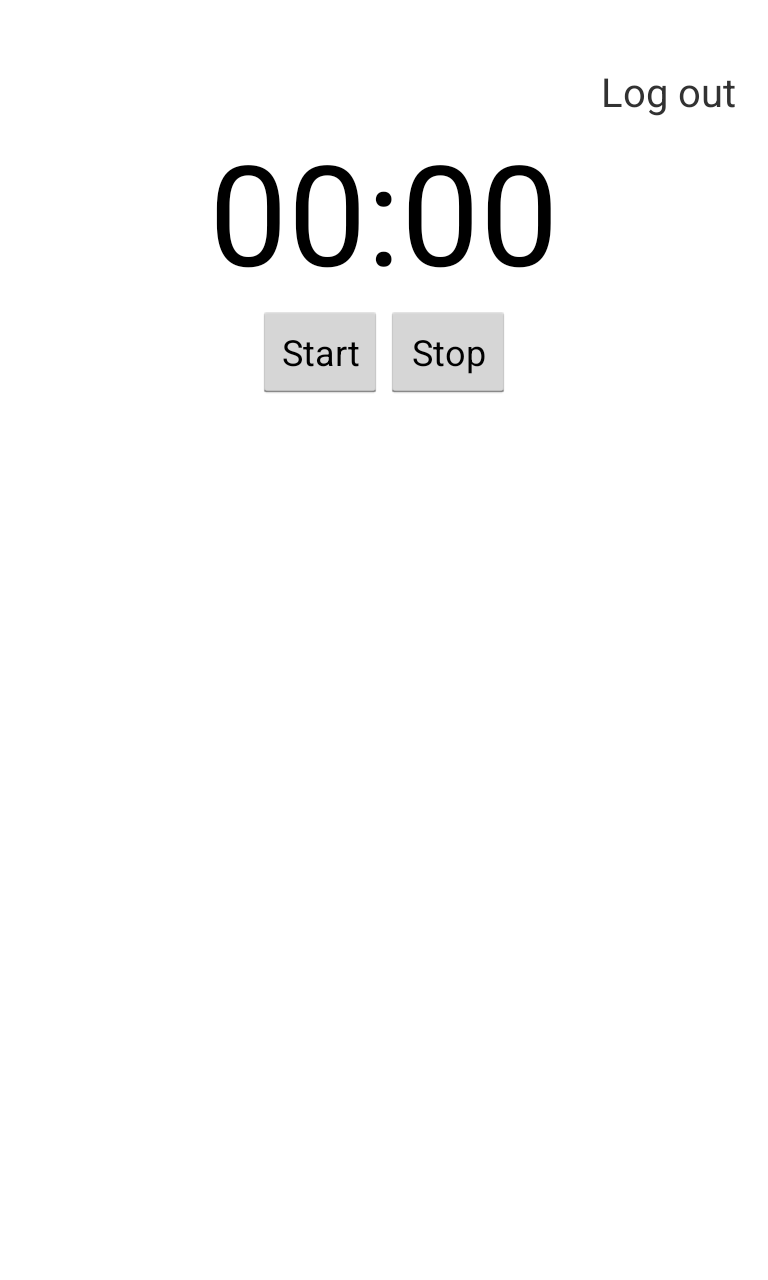
Repository: albertowusuasare/CustomStopWatch
Layout: CustomStopWatch/res/layout/activity_timer.xml
An editor plug-in stored every save of this project. The layout is shown before and after the next save, followed by the edit.
It is drawn on a 768 x 1280 px phone screen (xhdpi) without system bars, with theme AppTheme; the app's code is not run.

Above is the layout before, as saved 2014-09-25 04:51:34.

After the next save:
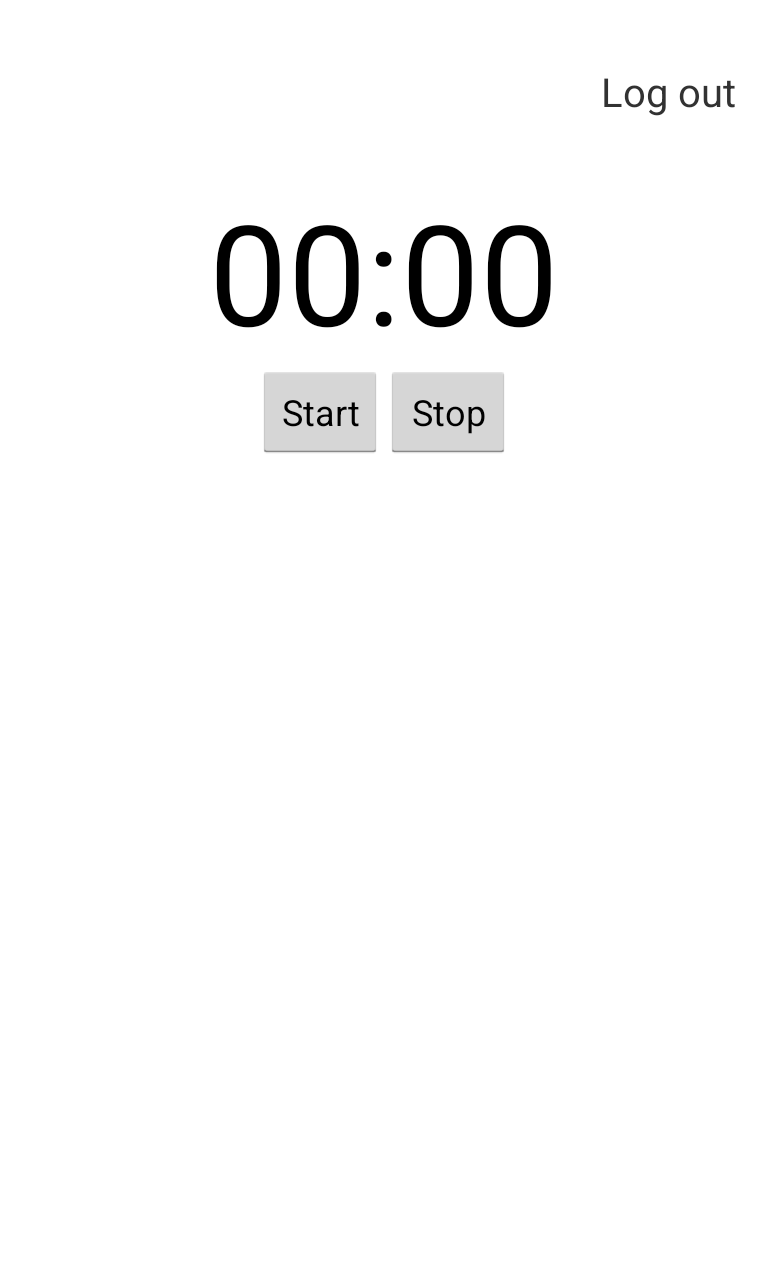
Saved 40 s later.
--- a/CustomStopWatch/res/layout/activity_timer.xml
+++ b/CustomStopWatch/res/layout/activity_timer.xml
@@ -29,6 +29,7 @@
         android:layout_width="wrap_content"
         android:layout_height="wrap_content"
         android:layout_gravity="center"
+         android:paddingTop="30dp"
         android:format="%s"
         android:text="Chronometer"
         android:textSize="70sp" />
